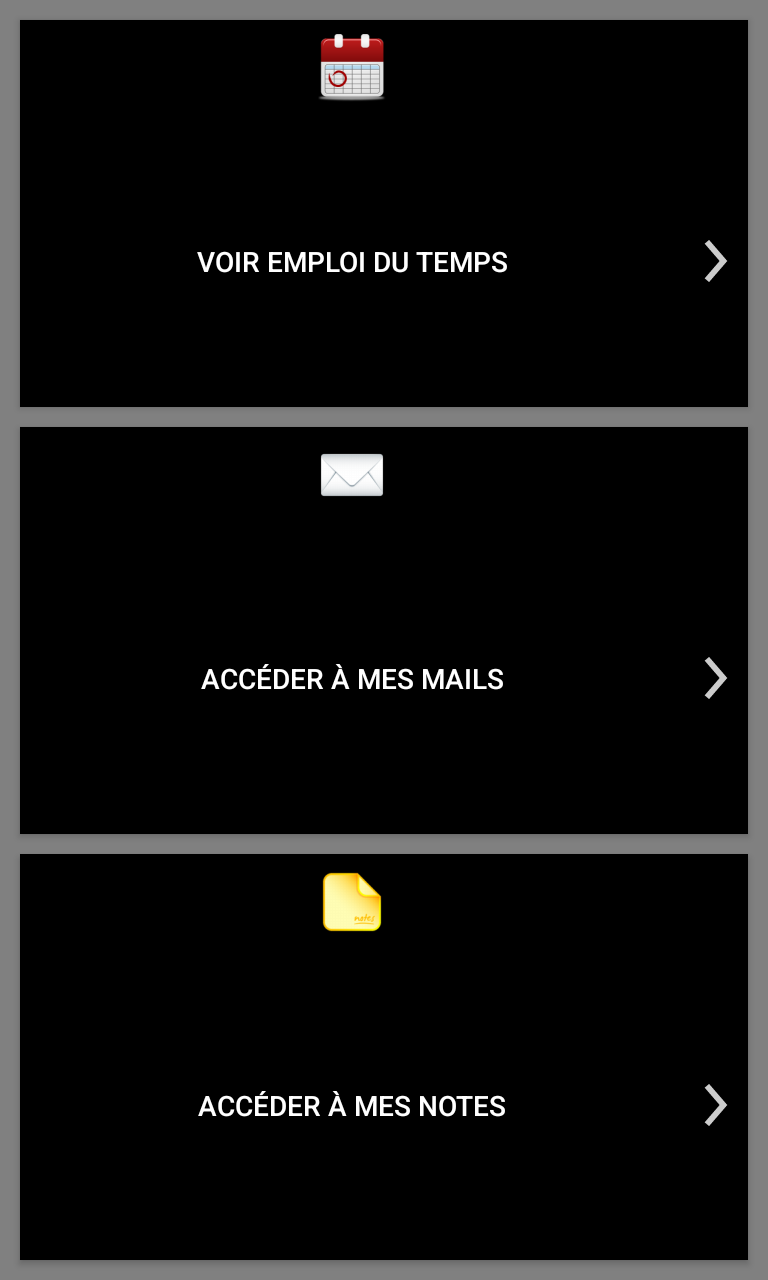
Repository: cpluuuusplus/WhoWantsKitKat
Layout: AppliPlus/res/layout/activity_menu_pamplemousse.xml
The author's editor kept a copy of each file at every save. The layout is drawn from the files as they stood at one save, then again after the next save.
It is drawn on a 768 x 1280 px phone screen (xhdpi) without system bars, with theme Theme.AppCompat.Light; the app's code is not run.

Above is the layout before, as saved 2014-05-12 15:38:39.

### AppliPlus/res/layout/activity_menu_pamplemousse.xml
<?xml version="1.0" encoding="utf-8"?>
<LinearLayout xmlns:android="http://schemas.android.com/apk/res/android"
    android:layout_width="match_parent"
    android:layout_height="match_parent"
    android:background="@color/gray"
    android:orientation="vertical" >

    <Button
        android:id="@+id/pampViewer"
        android:layout_width="match_parent"
        android:layout_height="fill_parent"
        android:layout_margin="10dp"
        android:layout_weight="1"
        android:background="@color/black_color"
        android:drawableRight="@drawable/ic_action_next_item"
        android:drawableTop="@drawable/calendar"
        android:onClick="onClickPampViewer"
        android:text="Voir emploi du temps"
        android:textColor="@color/white" />

    <Button
        android:id="@+id/mails"
        android:layout_width="match_parent"
        android:layout_height="fill_parent"
        android:layout_marginBottom="10dp"
        android:layout_marginLeft="10dp"
        android:layout_marginRight="10dp"
        android:layout_weight="1"
        android:background="@color/black_color"
        android:drawableRight="@drawable/ic_action_next_item"
        android:drawableTop="@drawable/mail"
        android:onClick="onClickMail"
        android:text="Accéder à mes mails"
        android:textColor="@color/white" />

    <Button
        android:id="@+id/notes"
        android:layout_width="match_parent"
        android:layout_height="fill_parent"
        android:layout_marginBottom="10dp"
        android:layout_marginLeft="10dp"
        android:layout_marginRight="10dp"
        android:layout_weight="1"
        android:background="@color/black_color"
        android:drawableRight="@drawable/ic_action_next_item"
        android:drawableTop="@drawable/marks"
        android:onClick="onClickNotes"
        android:text="Accéder à mes notes"
        android:textColor="@color/white" />

</LinearLayout>

### AppliPlus/res/values/colors.xml
<?xml version="1.0" encoding="utf-8"?>
<resources>

    <color name="black_color">#000</color>
    <color name="white">#FFFFFF</color>
    <color name="yellow">#FFFF00</color>
    <color name="fuchsia">#FF00FF</color>
    <color name="red">#FF0000</color>
    <color name="silver">#C0C0C0</color>
    <color name="gray">#808080</color>
    <color name="olive">#808000</color>
    <color name="purple">#800080</color>
    <color name="maroon">#800000</color>
    <color name="aqua">#00FFFF</color>
    <color name="lime">#00FF00</color>
    <color name="teal">#008080</color>
    <color name="green">#008000</color>
    <color name="blue">#0000FF</color>
    <color name="navy">#000080</color>

</resources>

### AppliPlus/res/drawable-hdpi/button_shape.xml
<?xml version="1.0" encoding="utf-8"?>
<shape xmlns:android="http://schemas.android.com/apk/res/android"
    android:shape="rectangle" >

    <solid android:color="#EAEAEA" />

    <corners
        android:bottomLeftRadius="8dip"
        android:bottomRightRadius="1dip"
        android:topLeftRadius="1dip"
        android:topRightRadius="8dip" />

</shape>

After the next save:
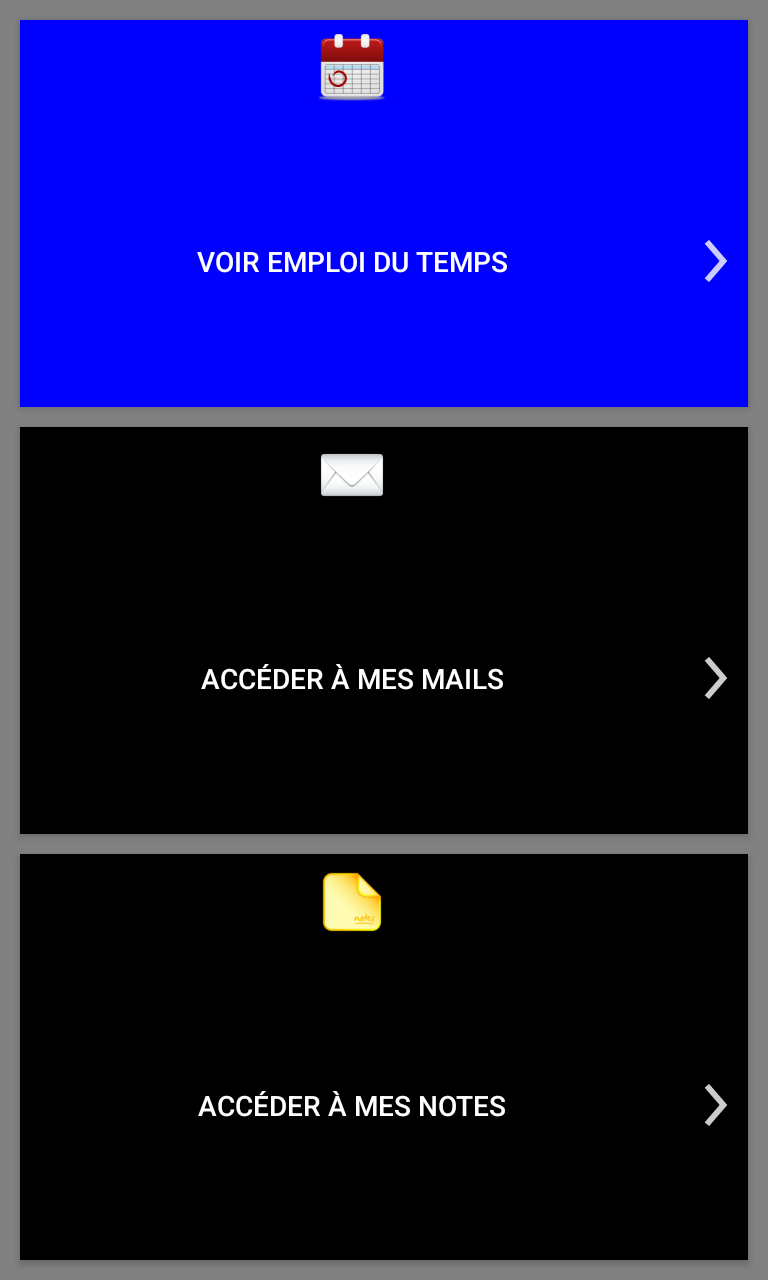
Saved 85 s later.
--- a/AppliPlus/res/layout/activity_menu_pamplemousse.xml
+++ b/AppliPlus/res/layout/activity_menu_pamplemousse.xml
@@ -11,7 +11,8 @@
         android:layout_height="fill_parent"
         android:layout_margin="10dp"
         android:layout_weight="1"
-        android:background="@color/black_color"
+        android:background="@drawable/button_shape"
+        android:background="@color/blue"
         android:drawableRight="@drawable/ic_action_next_item"
         android:drawableTop="@drawable/calendar"
         android:onClick="onClickPampViewer"
